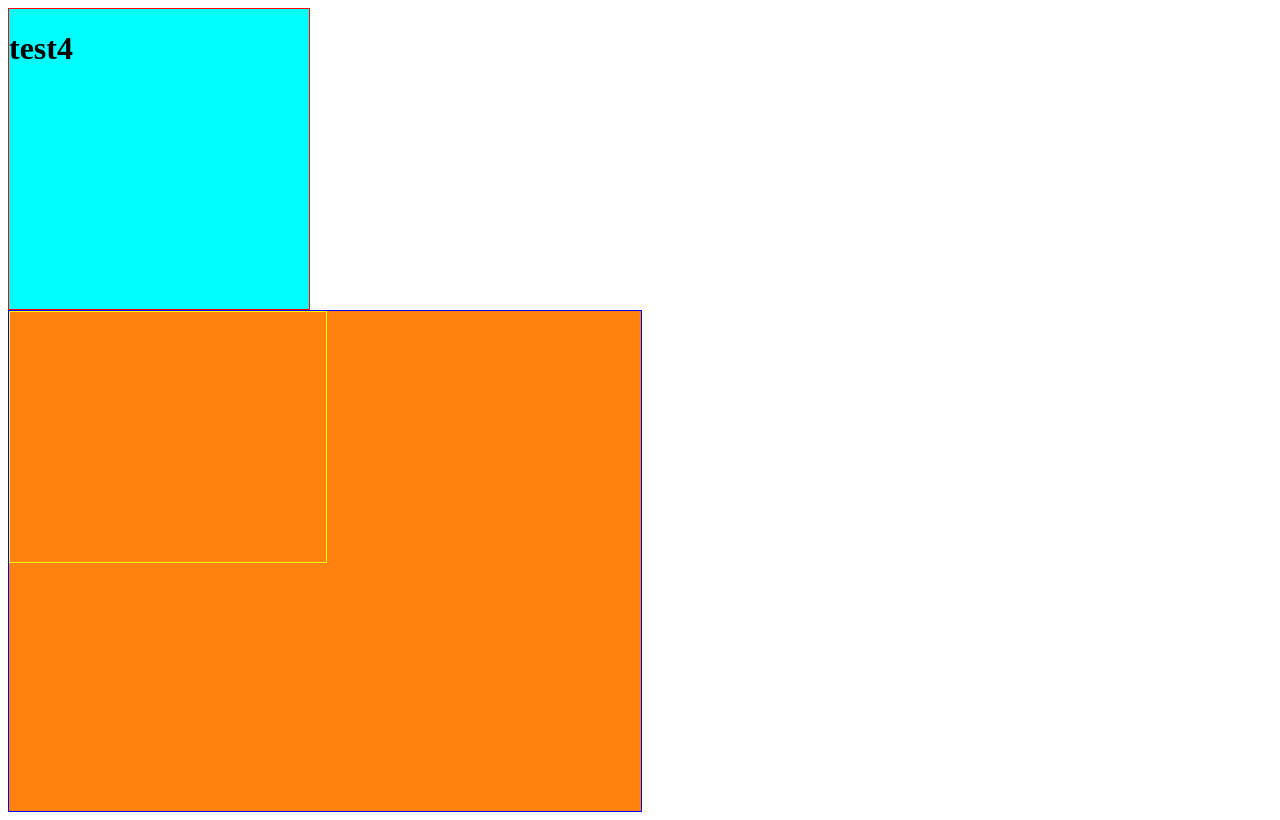
Repository: lbj0314/webTest
Page: Css_1/WebContent/css_3.html
The author's editor kept a copy of each file at every save. The page is drawn from the files as they stood at one save, then again after the next save.
The browser window is 1280 px wide. The pictures show the whole page.

Above is the page before, as saved 2019-10-16 02:39:10.

After the next save:
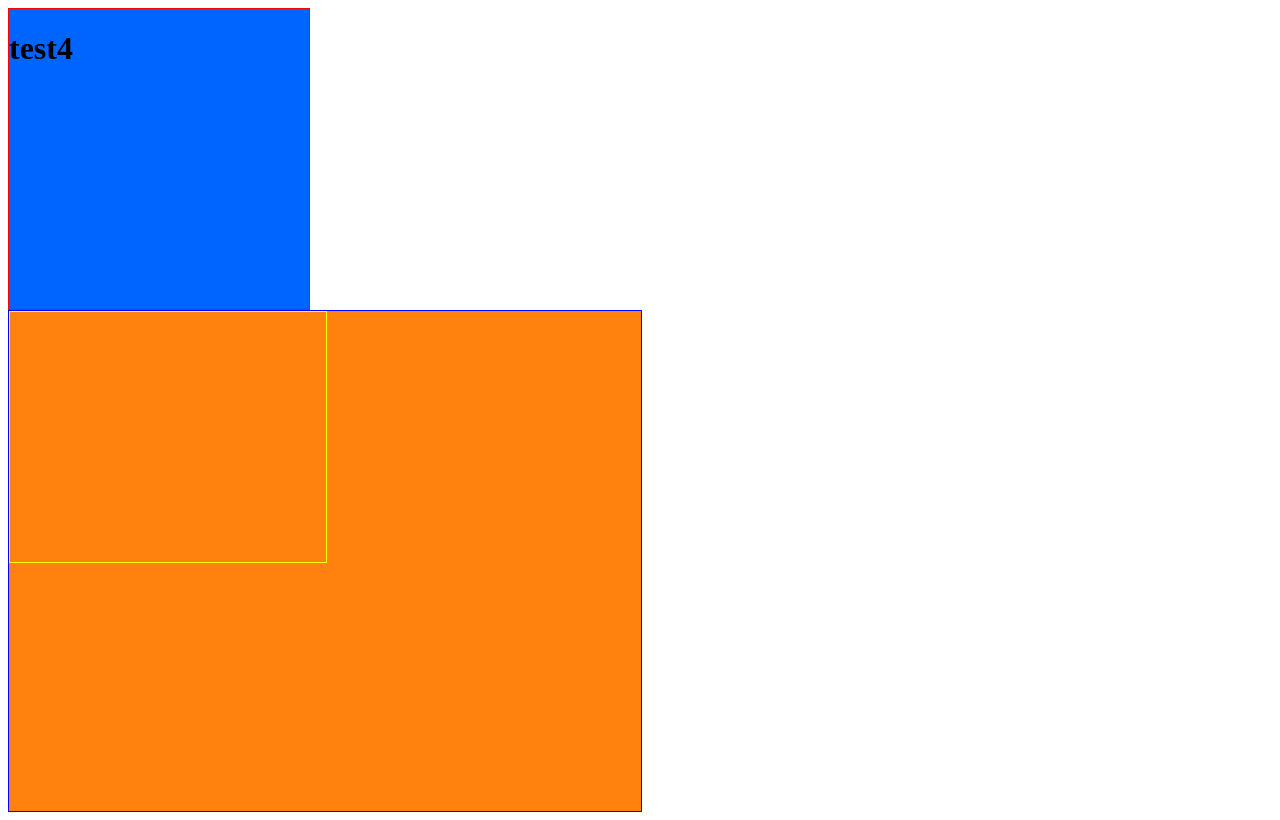
Saved 11 s later.
--- a/Css_1/WebContent/css_3.html
+++ b/Css_1/WebContent/css_3.html
@@ -7,7 +7,7 @@
 .d1 {
 	width: 300px;
 	height: 300px;
-	background-color: rgb(0, 255, 255);
+	background-color: rgb(0, 100, 255);
 	border: 1px solid red;
 }
 

After the save that followed:
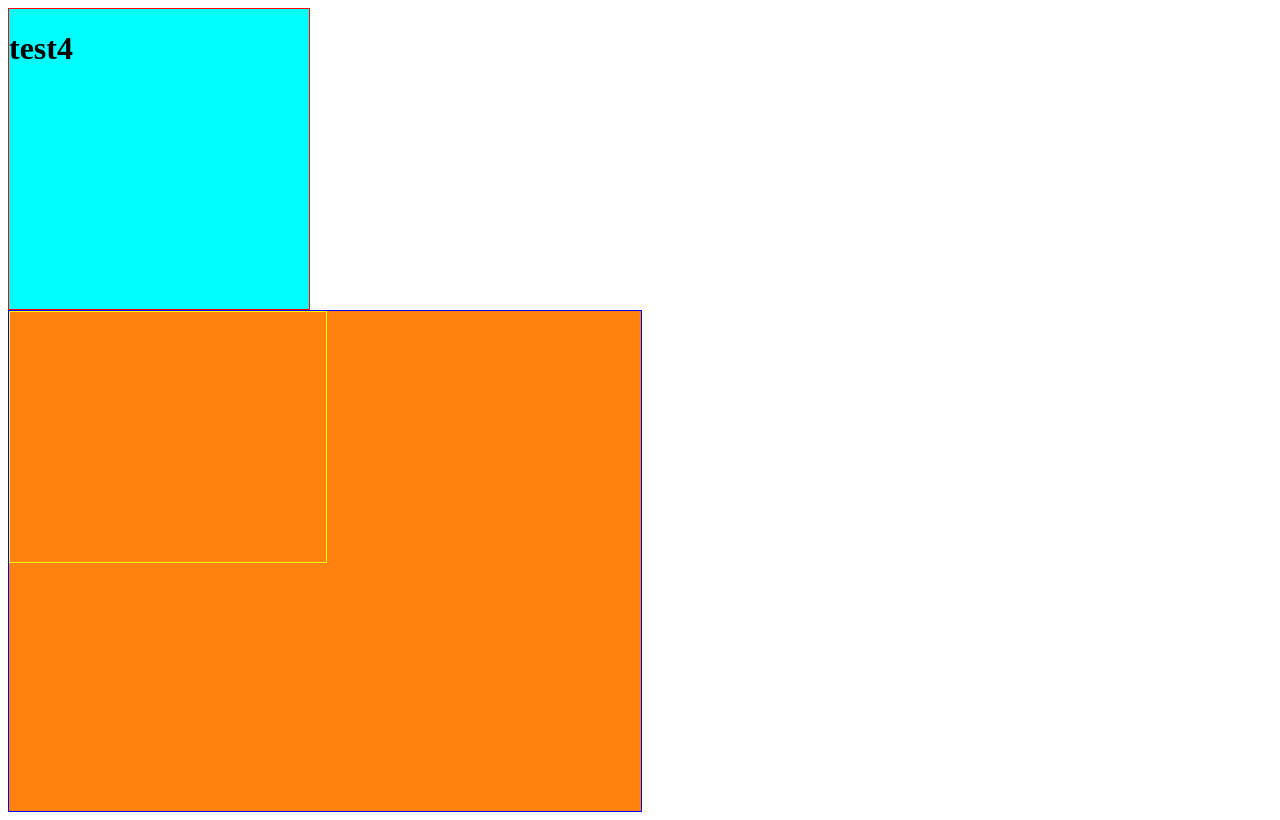
Saved 5 s later.
--- a/Css_1/WebContent/css_3.html
+++ b/Css_1/WebContent/css_3.html
@@ -7,7 +7,7 @@
 .d1 {
 	width: 300px;
 	height: 300px;
-	background-color: rgb(0, 100, 255);
+	background-color: rgb(0, 255, 255);
 	border: 1px solid red;
 }
 
